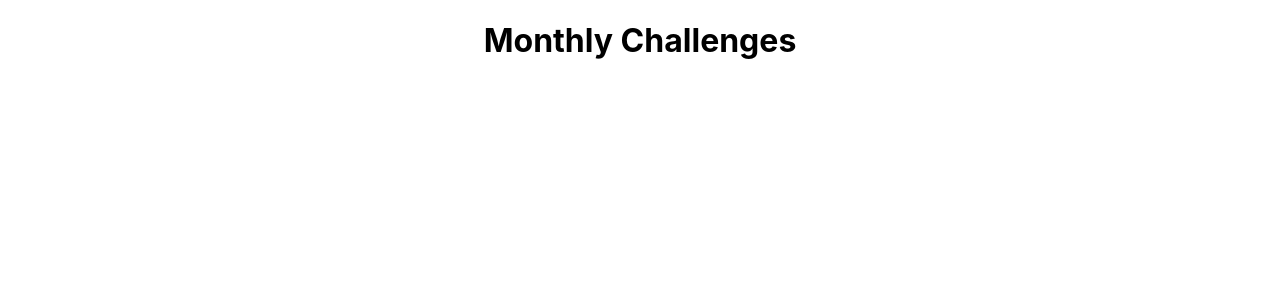
Repository: Vikaskoli/MonthlyMilestones_Front-end
Page: /
These files come from the project's save history. The page is drawn as it stood at one moment and after the next save; the edit follows.
The browser window is 1280 px wide. The pictures show the whole page.
The project was rebuilt for these pictures with package versions that can differ from the ones it lists, and the page was loaded fresh each time.

Above is the page before, as saved 2024-12-02 12:34:04.

### src/App.js
import './App.css';
import ChallengeList from '.component/ChallengeList'

function App() {
  return (
    <div className="App">
      <h1>Monthly Challenges</h1>

    </div>

  );
}

export default App;

Loaded but not shown: public/index.html (common file); src/index.js (common file); src/index.css (common file); src/reportWebVitals.js (common file); src/App.css (common file)

After the next save:
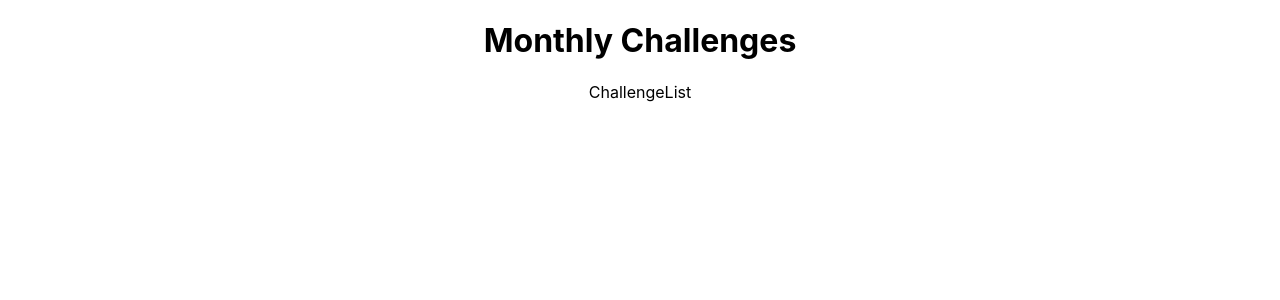
Saved 8 s later.
--- a/src/App.js
+++ b/src/App.js
@@ -5,7 +5,7 @@ function App() {
   return (
     <div className="App">
       <h1>Monthly Challenges</h1>
-
+      ChallengeList
     </div>
 
   );
